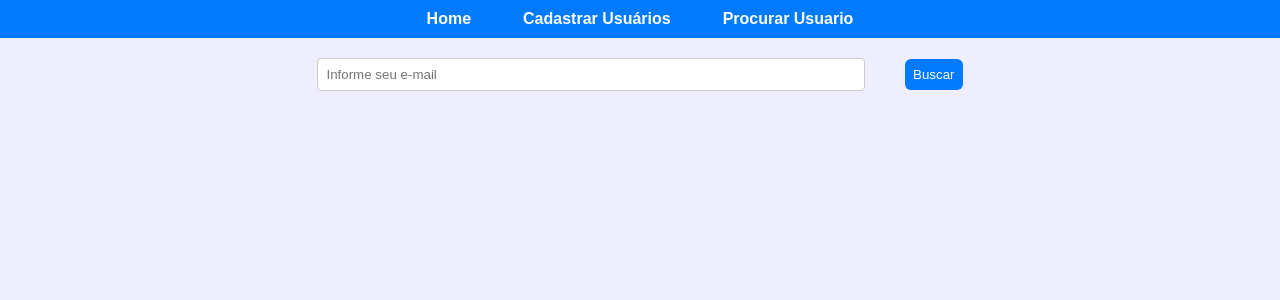
Repository: diegoeiti/Logica-Programacao
Page: http://localhost/paginas/verificarUsuario
The author's editor kept a copy of each file at every save. The page is drawn from the files as they stood at one save, then again after the next save.
The browser window is 1280 px wide. The pictures show the whole page.
The page is run by PHP 8.4 with error messages shown; the project is at /var/www/html/.

Above is the page before, as saved 2025-10-31 09:20:40.

After the next save:
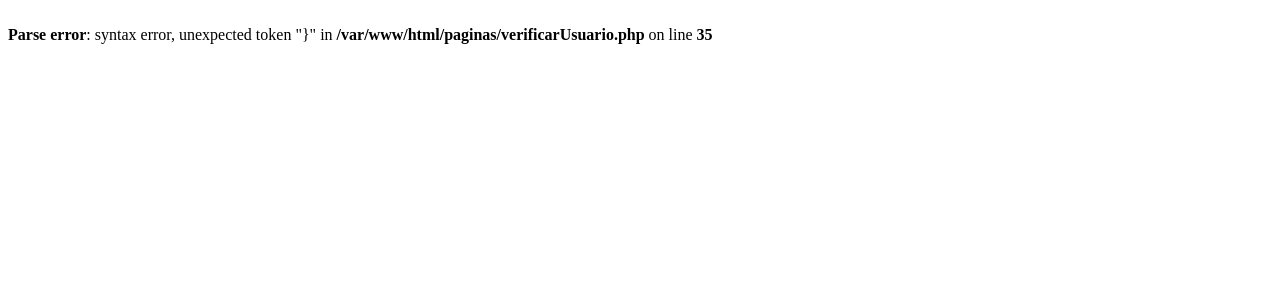
Saved 4 s later.
--- a/Modulo 3 - PHP/Aula 20 CRUDalunos/paginas/verificarUsuario.php
+++ b/Modulo 3 - PHP/Aula 20 CRUDalunos/paginas/verificarUsuario.php
@@ -31,7 +31,7 @@
             <?php
 
                 if(isset($_POST["email"])) {
-
+                    $email =
                 }
 
             ?>
